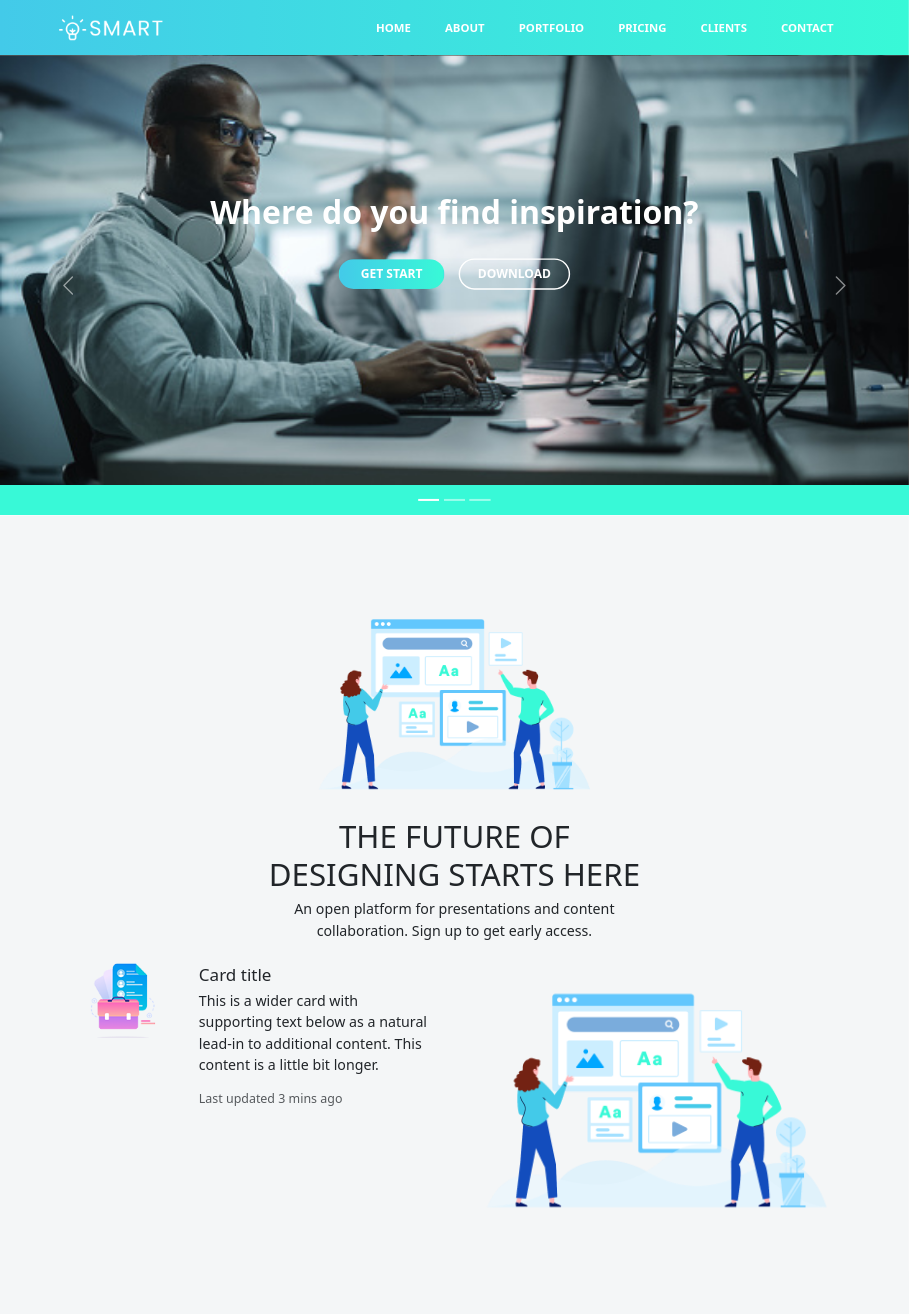
Repository: rizwan-zafar/smart-React
Page: /
An editor plug-in stored every save of this project. The page is shown before and after a run of saves, followed by the edit.
The browser window is 1280 px wide. The pictures show the whole page, at 71% of full size.
The project was rebuilt for these pictures with package versions that can differ from the ones it lists, and the page was loaded fresh each time.

Above is the page before, as saved 2022-11-17 11:23:28.

After the next 2 saves:
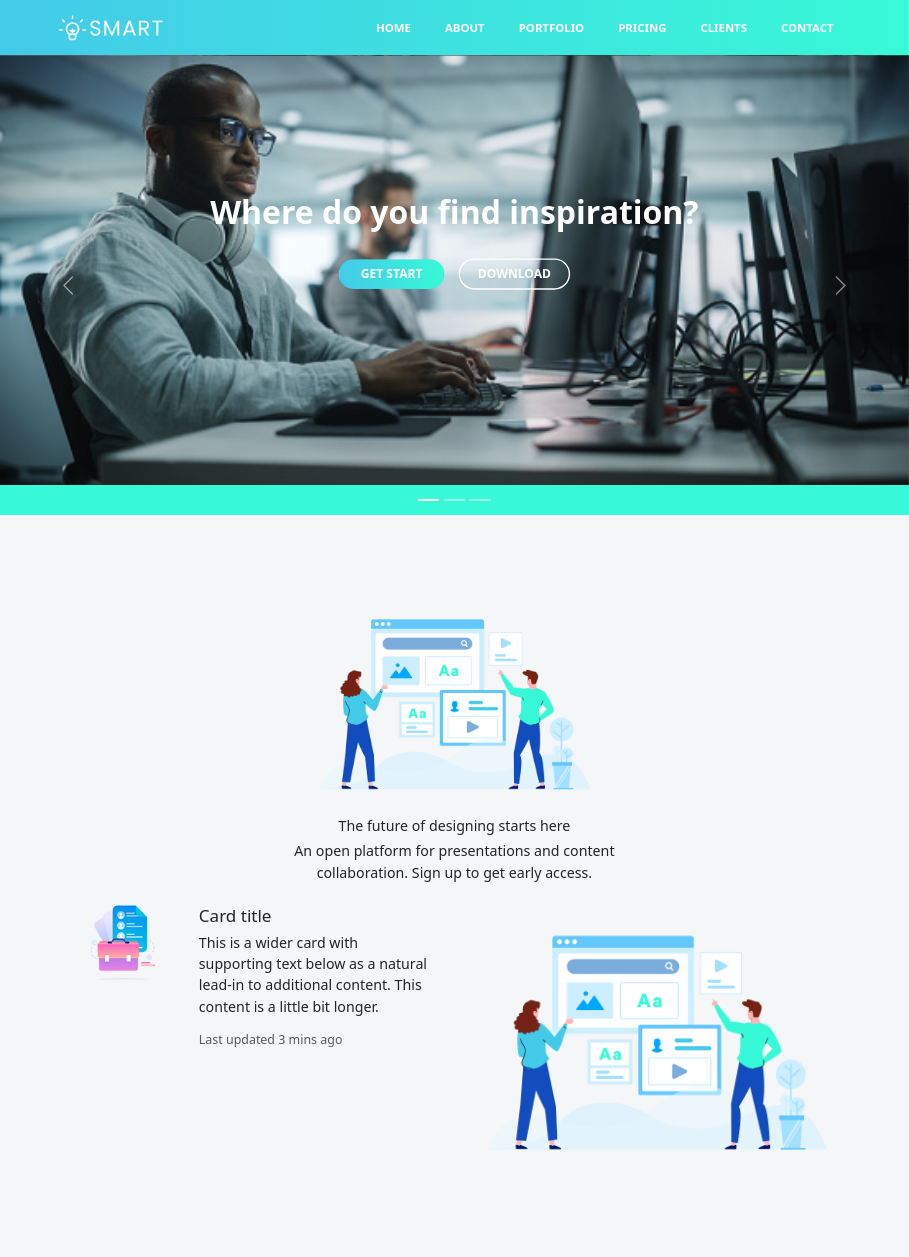
The 2 saves are shown as one change because they came seconds apart.
The last was saved 70 s later.
--- a/src/Components/Service.js
+++ b/src/Components/Service.js
@@ -7,7 +7,7 @@
             <div className="text-center">
                 <img class="custom-image" src="/Images/services.png" alt="Services" />
                 <div className='container custom-container'>
-                    <h4>The future of designing starts here</h4>
+                    <h5>The future of designing starts here</h5>
                     <p>An open platform for presentations and content collaboration. Sign up to get early access.</p>
                 </div>
             </div>

After the save that followed:
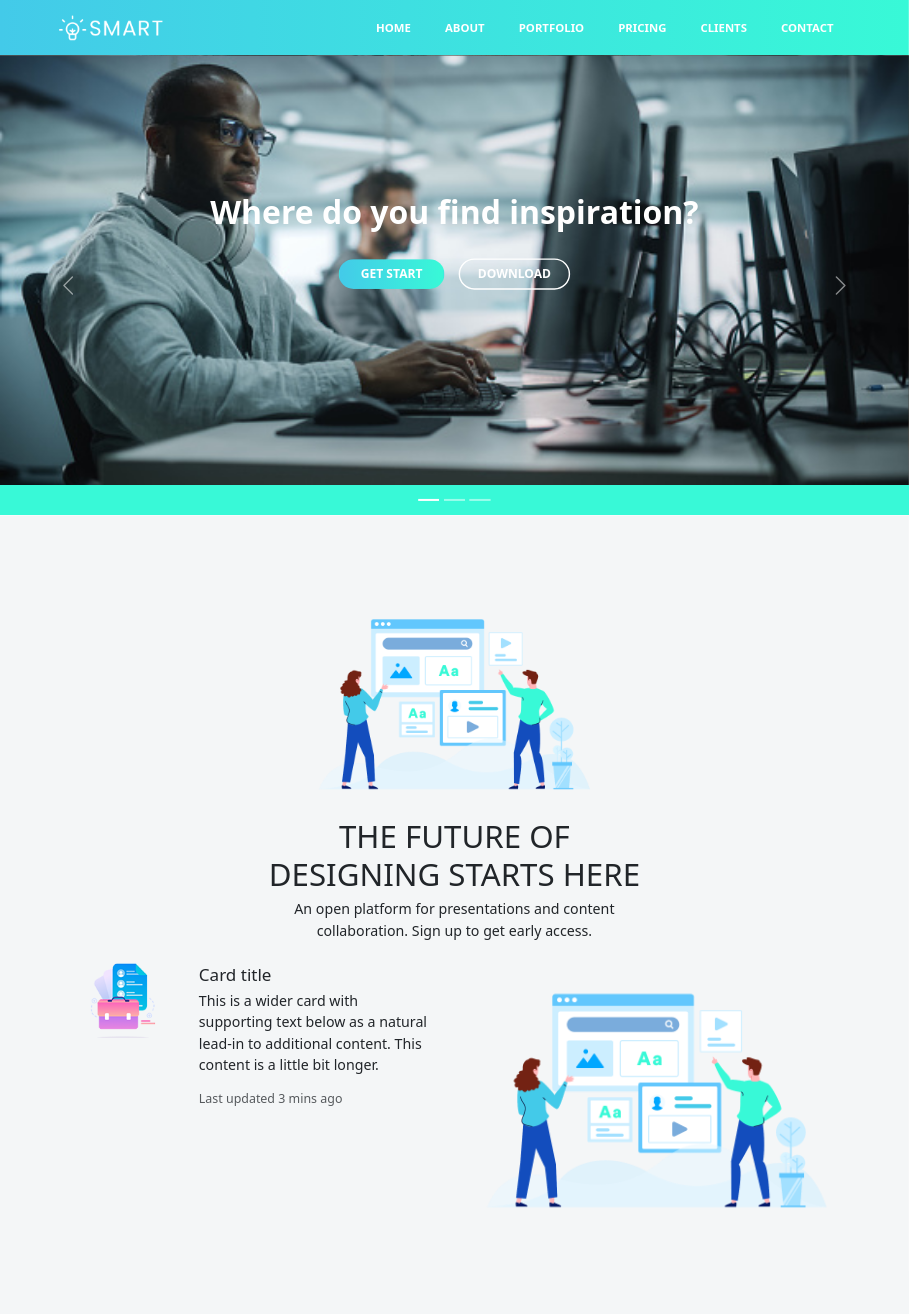
Saved 11 s later.
--- a/src/Components/Service.js
+++ b/src/Components/Service.js
@@ -7,7 +7,7 @@
             <div className="text-center">
                 <img class="custom-image" src="/Images/services.png" alt="Services" />
                 <div className='container custom-container'>
-                    <h5>The future of designing starts here</h5>
+                    <h4>The future of designing starts here</h4>
                     <p>An open platform for presentations and content collaboration. Sign up to get early access.</p>
                 </div>
             </div>
